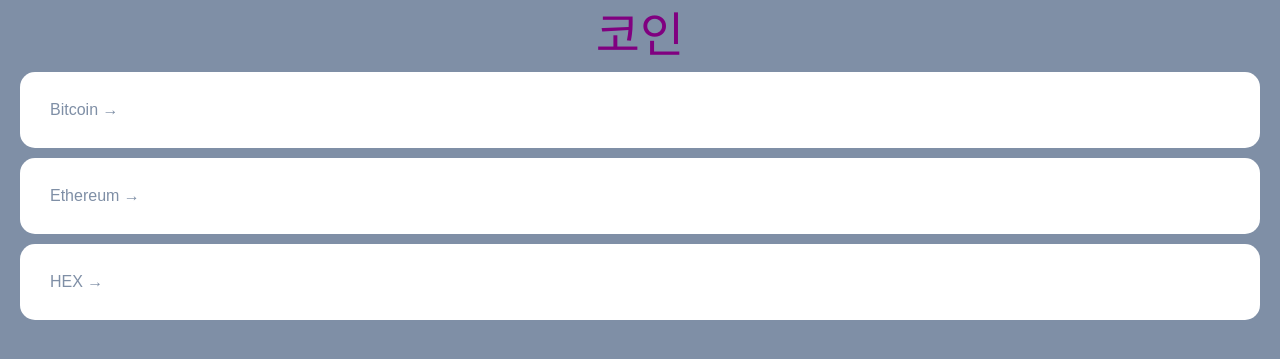
Repository: SeungYn/react-nomad
Page: / (app in cryptotracker/)
These files come from the project's save history. The page is drawn as it stood at one moment and after the next save; the edit follows.
The browser window is 1280 px wide. The pictures show the whole page.
The project was rebuilt for these pictures with package versions that can differ from the ones it lists, and the page was loaded fresh each time. Also part of the build but not shown: cryptotracker/src/routes/Coin.tsx.

Above is the page before, as saved 2023-01-04 14:37:27.

### cryptotracker/src/index.tsx
import React from 'react';
import ReactDOM from 'react-dom/client';
import './index.css';
import App from './App';
import { ThemeProvider } from 'styled-components';
import { theme } from './theme';
import Router from './Router';

const root = ReactDOM.createRoot(
  document.getElementById('root') as HTMLElement
);
root.render(
  <React.StrictMode>
    <ThemeProvider theme={theme}>
      <App />
    </ThemeProvider>
  </React.StrictMode>
);

### cryptotracker/src/App.tsx
import { createGlobalStyle } from 'styled-components';
import Router from './Router';

const GlobalStyle = createGlobalStyle`
@import url('https://fonts.googleapis.com/css2?family=Source+Sans+Pro:wght@300;400&display=swap');
  html, body, div, span, applet, object, iframe,
h1, h2, h3, h4, h5, h6, p, blockquote, pre,
a, abbr, acronym, address, big, cite, code,
del, dfn, em, img, ins, kbd, q, s, samp,
small, strike, strong, sub, sup, tt, var,
b, u, i, center,
dl, dt, dd, menu, ol, ul, li,
fieldset, form, label, legend,
table, caption, tbody, tfoot, thead, tr, th, td,
article, aside, canvas, details, embed,
figure, figcaption, footer, header, hgroup,
main, menu, nav, output, ruby, section, summary,
time, mark, audio, video {
  margin: 0;
  padding: 0;
  border: 0;
  font-size: 100%;
  font: inherit;
  vertical-align: baseline;
}
/* HTML5 display-role reset for older browsers */
article, aside, details, figcaption, figure,
footer, header, hgroup, main, menu, nav, section {
  display: block;
}
/* HTML5 hidden-attribute fix for newer browsers */
*[hidden] {
    display: none;
}
body {
  line-height: 1;
}
menu, ol, ul {
  list-style: none;
}
blockquote, q {
  quotes: none;
}
blockquote:before, blockquote:after,
q:before, q:after {
  content: '';
  content: none;
}
table {
  border-collapse: collapse;
  border-spacing: 0;
}

*{
  box-sizing: border-box;
}

body {
  font-family: 'Source Sans Pro', sans-serif;
  background-color: ${(props) => {
    console.log(props.theme.bgColor);
    return props.theme.bgColor;
  }};
  color:${(props) => props.theme.textColor}
}

a{
  text-decoration:none;
  color:inherit;
}
`;

function App() {
  return (
    <>
      <GlobalStyle />
      <Router />
    </>
  );
}

export default App;

### cryptotracker/src/theme.ts
import { DefaultTheme } from 'styled-components';

export const theme: DefaultTheme = {
  textColor: '#f5f6fa',
  bgColor: '#7f8fa6',
  accentColor: 'purple',
};

### cryptotracker/src/Router.tsx
import { BrowserRouter, Routes, Route } from 'react-router-dom';
import Coin from './routes/Coin';
import Coins from './routes/Coins';

export default function Router() {
  return (
    <BrowserRouter>
      <Routes>
        <Route path='/:coinId' element={<Coin />}></Route>
        <Route path='/' element={<Coins />}></Route>
      </Routes>
    </BrowserRouter>
  );
}

### cryptotracker/src/routes/Coins.tsx
import { Link } from 'react-router-dom';
import styled from 'styled-components';

const Container = styled.div`
  padding: 0px 20px;
`;

const Header = styled.header`
  height: 10vh;
  display: flex;
  justify-content: center;
  align-items: center;
`;

const CoinsList = styled.ul``;

const Coin = styled.li`
  background-color: white;
  color: ${(props) => props.theme.bgColor};
  margin-bottom: 10px;
  padding: 20px;
  border-radius: 15px;
  a {
    transition: color 0.2s ease;
    display: block;
    padding: 10px;
  }
  &:hover {
    a {
      color: ${(props) => props.theme.accentColor};
    }
  }
`;

const Title = styled.h1`
  font-size: 48px;
  color: ${(props) => props.theme.accentColor};
`;

const coins = [
  {
    id: 'btc-bitcoin',
    name: 'Bitcoin',
    symbol: 'BTC',
    rank: 1,
    is_new: false,
    is_active: true,
    type: 'coin',
  },
  {
    id: 'eth-ethereum',
    name: 'Ethereum',
    symbol: 'ETH',
    rank: 2,
    is_new: false,
    is_active: true,
    type: 'coin',
  },
  {
    id: 'hex-hex',
    name: 'HEX',
    symbol: 'HEX',
    rank: 3,
    is_new: false,
    is_active: true,
    type: 'token',
  },
];

export default function Coins() {
  return (
    <Container>
      <Header>
        <Title>코인</Title>
      </Header>
      <CoinsList>
        {coins.map((coin) => (
          <Coin key={coin.id}>
            <Link to={`/${coin.id}`}>{coin.name} &rarr;</Link>
          </Coin>
        ))}
      </CoinsList>
    </Container>
  );
}

Loaded but not shown: cryptotracker/public/index.html (common file); cryptotracker/src/index.css (common file)

After the next save:
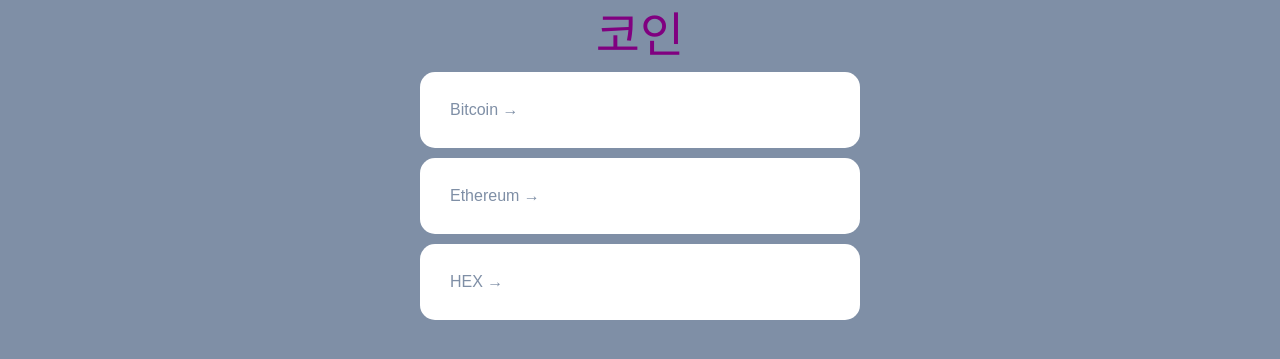
Saved 16 min 12 s later.
--- a/cryptotracker/src/routes/Coins.tsx
+++ b/cryptotracker/src/routes/Coins.tsx
@@ -3,6 +3,8 @@
 
 const Container = styled.div`
   padding: 0px 20px;
+  max-width: 480px;
+  margin: 0 auto;
 `;
 
 const Header = styled.header`
